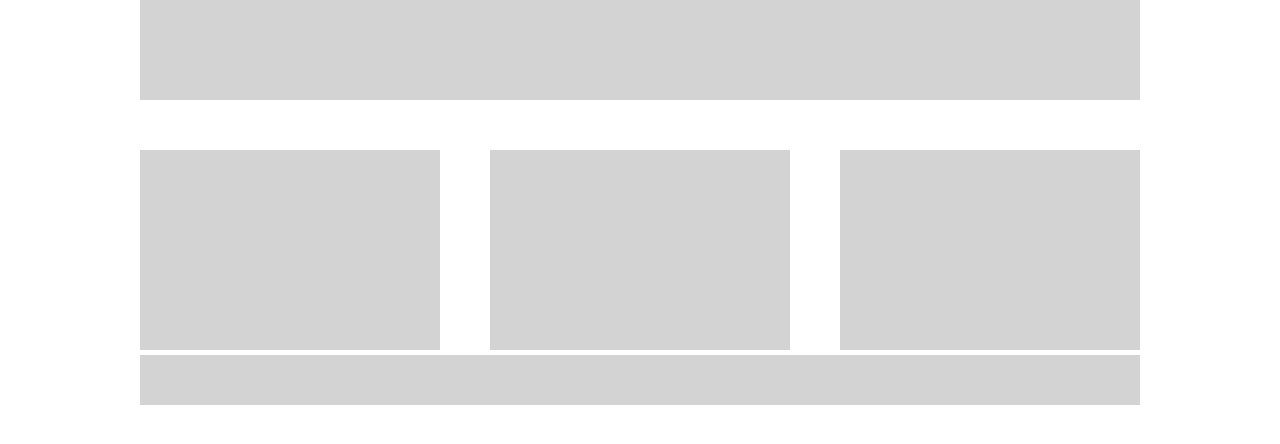
Repository: onopriienkoalina/onopriienkoalina.github.io
Page: dz9_containers/index.html
The author's editor kept a copy of each file at every save. The page is drawn from the files as they stood at one save, then again after the next save.
The browser window is 1280 px wide. The pictures show the whole page.
The style sheet was rebuilt from its Sass, Less or Tailwind sources for each picture, by a compiler version that may differ from the author's.

Above is the page before, as saved 2021-12-01 18:36:41.

### dz9_containers/index.html
<!DOCTYPE html>
<html lang="en">
<head>
    <meta charset="UTF-8">
    <meta http-equiv="X-UA-Compatible" content="IE=edge">
    <meta name="viewport" content="width=device-width, initial-scale=1.0">
    <title>Document</title>
    <link href="reset.css" rel="stylesheet">
    <link href="css/style.css" rel="stylesheet">
</head>
<body>
    <div class="block1">
<div class="header"></div>
<div class="section1"></div>
<div class="section2"></div>
<div class="section3"></div>
<div class="footer"></div>
</div>
</body>
</html>

### dz9_containers/style.scss

.section1{
 float: left;
 width: 30%;
 height: 200px;
 background-color: #D3D3D3;
}
.section2{
    float: left;
    width: 30%;
    height: 200px;
    margin-left: 5%;
    margin-bottom: 5px;
    background-color: #D3D3D3;
}
.section3{
    float: left;
    width: 30%;
    height: 200px;
    margin-left: 5%;
    background-color: #D3D3D3;
}
.header {
    clear: left;
    width: 100%;
    height: 100px;
    margin-bottom: 5%;
    background-color: #D3D3D3;
}
.footer {
    clear: left;
    width: 100%;
    height: 50px;
    background-color: #D3D3D3;
}
.block1 {
    width: 1000px;
    margin: auto;
}

Loaded but not shown: dz9_containers/reset.css (common file)

After the next save:
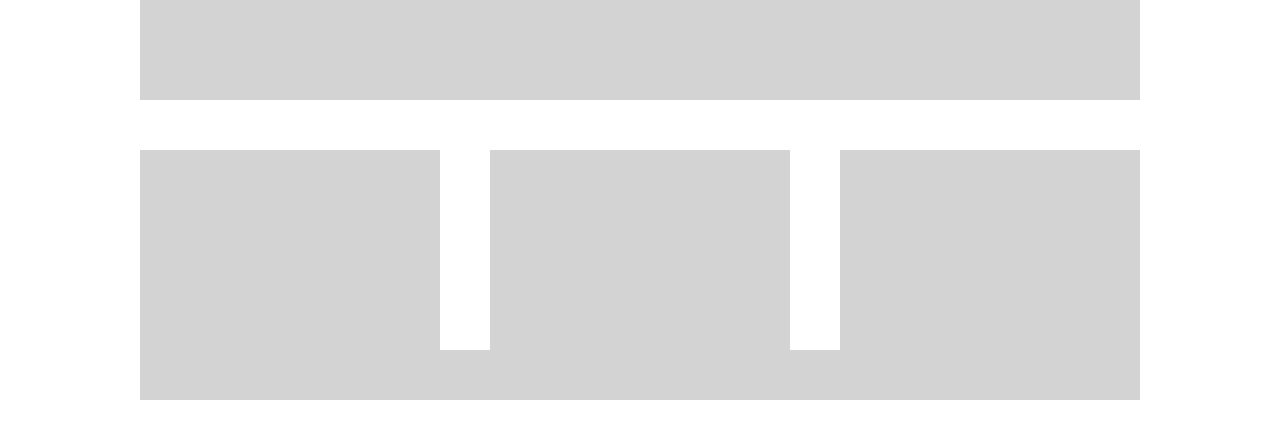
Saved 25 s later.
--- a/dz9_containers/style.scss
+++ b/dz9_containers/style.scss
@@ -10,7 +10,6 @@
     width: 30%;
     height: 200px;
     margin-left: 5%;
-    margin-bottom: 5px;
     background-color: #D3D3D3;
 }
 .section3{
